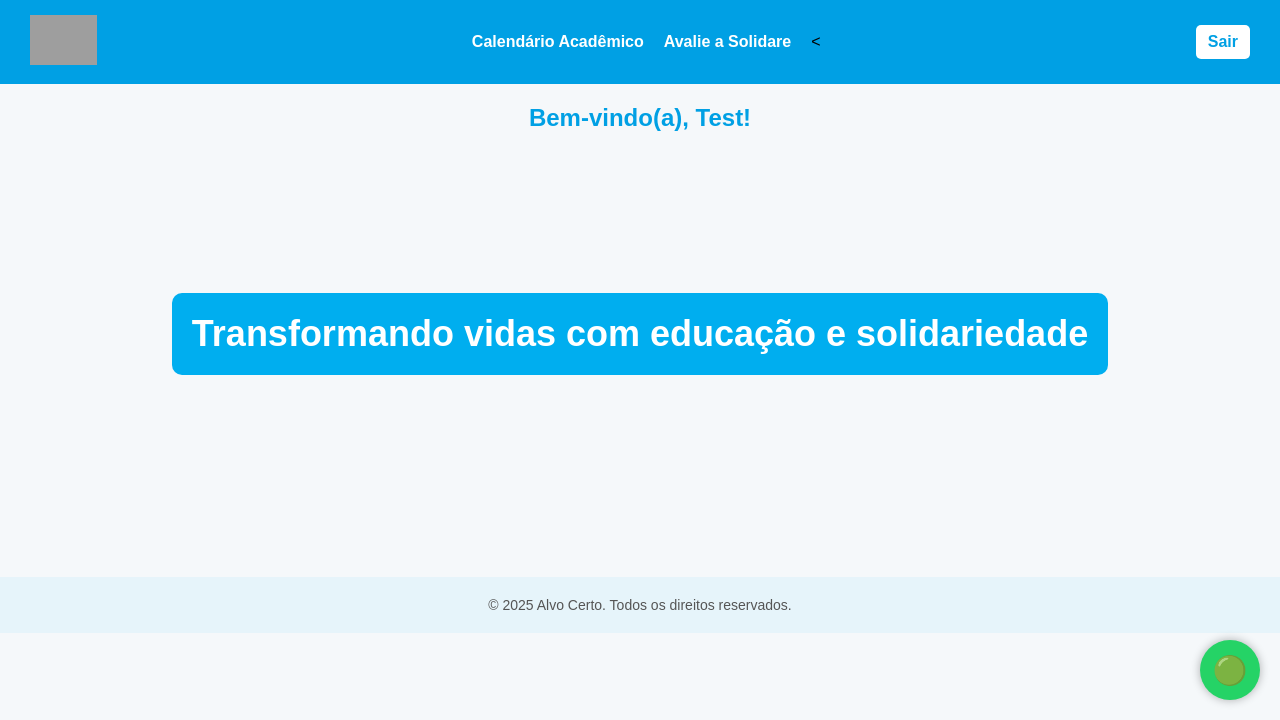
Repository: Guilherme-burle/Portal-do-Aluno-P2
Page: http://localhost/
These files come from the project's save history. The page is drawn as it stood at one moment and after a run of saves; the edit follows.
The browser window is 1280 px wide. The pictures show the whole page.
Pictures or frames that could not be fetched are drawn as grey boxes. The page is served by the project's application, run on Django 5.2 (PortaldoAluno/manage.py). A made-up administrator, testuser (Test User, test@example.com), is signed in. Other server files are loaded and not shown.

Above is the page before, as saved 2025-05-16 17:01:21.

### PortaldoAluno/Aplicativo/templates/home.html
<!DOCTYPE html>
<html lang="pt-BR">
<head>
  <meta charset="UTF-8">
  <title>Home - Alvo Certo</title>
  <style>
    * {
      box-sizing: border-box;
    }

    body {
      margin: 0;
      font-family: Arial, sans-serif;
      background-color: #f5f8fa;
    }

    header {
      background-color: #00a0e4;
      padding: 15px 30px;
      display: flex;
      align-items: center;
      justify-content: space-between;
      position: sticky;
      top: 0;
      z-index: 1000;
      flex-wrap: wrap;
    }

    .logo img {
      height: 50px;
    }

    nav ul {
      list-style: none;
      margin: 0;
      padding: 0;
      display: flex;
      gap: 20px;
    }

    nav ul li a {
      color: white;
      text-decoration: none;
      font-weight: bold;
      transition: color 0.3s ease;
    }

    nav ul li a:hover {
      color: #ccefff;
    }

    .auth-buttons {
      display: flex;
      gap: 10px;
    }

    .auth-buttons a {
      background-color: white;
      color: #00a0e4;
      padding: 8px 12px;
      border-radius: 5px;
      text-decoration: none;
      font-weight: bold;
    }

    .auth-buttons a:hover {
      background-color: #e6f4fa;
    }

    .banner {
      background-size: cover;
      background-position: center;
      height: 365px;
      display: flex;
      align-items: center;
      justify-content: center;
      color: white;
      text-align: center;
      animation: zoomIn 20s infinite alternate ease-in-out;
    }

    @keyframes zoomIn {
      from {
        background-size: 100%;
      }
      to {
        background-size: 110%;
      }
    }

    .banner h1 {
      background-color: rgb(0, 174, 239);
      padding: 20px;
      border-radius: 10px;
      font-size: 36px;
    }

    .whatsapp-float {
      position: fixed;
      bottom: 20px;
      right: 20px;
      background-color: #25d366;
      color: white;
      border-radius: 50%;
      width: 60px;
      height: 60px;
      display: flex;
      align-items: center;
      justify-content: center;
      font-size: 28px;
      box-shadow: 0 0 10px rgba(0,0,0,0.3);
      z-index: 999;
      text-decoration: none;
    }

    footer {
      background-color: #e6f4fa;
      text-align: center;
      padding: 20px;
      margin-top: 60px;
      font-size: 14px;
      color: #555;
    }

    @media (max-width: 768px) {
      nav ul {
        flex-wrap: wrap;
        gap: 10px;
        margin-top: 10px;
      }

      .auth-buttons {
        margin-top: 10px;
      }

      .banner h1 {
        font-size: 24px;
        padding: 10px;
      }
    }
  </style>
</head>
<body>

  <header>
    <div class="logo">
      <img src="https://i.imgur.com/7H8lMIL.png" alt="Logo Alvo Certo">
    </div>

    <nav>
      <ul>
        {% if user.is_authenticated %}
        <li><a href="{% url 'calendario' %}">Calendário Acadêmico</a></li>
        <li><a href="{% url 'avaliacao' %}">Avalie a Solidare</a></li>
        <li><
        {% endif %}
      </ul>
    </nav>

    <div class="auth-buttons">
      {% if user.is_authenticated %}
        <a href="{% url 'logout' %}">Sair</a>
      {% else %}
        <a href="{% url 'login' %}">Login</a>
        <a href="{% url 'cadastro' %}">Cadastro</a>
      {% endif %}
    </div>
  </header>

  {% if user.is_authenticated %}
  <h2 style="text-align: center; color: #00a0e4; margin-top: 20px;">
    Bem-vindo(a), {{ user.first_name|default:"usuário" }}!
  </h2>
  {% endif %}

  <section class="banner">
    <h1>Transformando vidas com educação e solidariedade</h1>
  </section>

  <a class="whatsapp-float" href="https://wa.me/5581932514480" target="_blank" title="Fale conosco no WhatsApp">
    🟢
  </a>

  <footer>
    © 2025 Alvo Certo. Todos os direitos reservados.
  </footer>

</body>
</html>

### PortaldoAluno/Aplicativo/decorators.py
from django.shortcuts import redirect

def login_required(view_func):
    def wrapper(request, *args, **kwargs):
        if not request.user.is_authenticated:
            return redirect('login')
        return view_func(request, *args, **kwargs)
    return wrapper

### PortaldoAluno/Aplicativo/views.py
from django.contrib.auth import logout
from django.contrib.auth.models import User
from django.shortcuts import render, redirect, get_object_or_404
from django.contrib.auth import authenticate, login as auth_login
from .models import Aluno, Avaliacao, EventoCalendario
from django.contrib import messages
from django.urls import reverse
from .decorators import login_required
from django.contrib.auth.hashers import make_password
from datetime import datetime
from datetime import date

@login_required
def home(request):
    return render(request, 'home.html')

@login_required
def home_adm(request):
    alunos = Aluno.objects.all()
    return render(request, 'homeadm.html', {'alunos': alunos})

def cadastro(request):
    if request.method == 'POST':
        nome = request.POST.get('nome')
        email = request.POST.get('email')
        senha = request.POST.get('senha')
        is_admin = request.POST.get('is_admin') == 'on'

        print(f"Nome: {nome}")
        print(f"E-mail: {email}")
        print(f"Senha: {senha}")
        print(f"Administrador: {is_admin}")

        if User.objects.filter(email=email).exists():
            return render(request, 'cadastro.html', {'mensagem': 'E-mail já está em uso.'})

        try:
            user = User.objects.create_user(
                username=email,
                email=email,
                password=senha,
                first_name=nome,
                is_superuser=is_admin,
                is_staff=is_admin
            )
            user.save()

            print(f"Usuário {user.username} cadastrado com sucesso!")

            return redirect('login')

        except Exception as e:
            print(f"Erro ao criar o usuário: {e}")
            return render(request, 'cadastro.html', {
                'mensagem': 'Erro ao cadastrar o usuário. Tente novamente.',
                'tipo_mensagem': 'error'
            })

    return render(request, 'cadastro.html')

def login(request):
    if request.method == 'POST':
        username = request.POST.get('username')
        password = request.POST.get('password')

        print(f"Username: {username}, Password: {password}")
        user = authenticate(request, username=username, password=password)

        if user:
            print("Usuário autenticado!")
            auth_login(request, user)
            return redirect('homeadm') if user.is_staff else redirect('home')
        else:
            print("Dados inválidos")
            return render(request, 'login.html', {'erro': 'Dados inválidos'})

    return render(request, 'login.html')

@login_required
def logout_view(request):
    logout(request)
    return redirect('home')

@login_required
def add_aluno(request):
    if request.method == 'POST':
        nome = request.POST.get('nome')
        data_nascimento = request.POST.get('data_nascimento')
        escolaridade = request.POST.get('escolaridade')
        turno = request.POST.get('turno')
        escola = request.POST.get('escola')
        endereco = request.POST.get('endereco')
        bairro = request.POST.get('bairro')
        telefone = request.POST.get('telefone')
        curso = request.POST.get('curso')

        if not all([nome, data_nascimento, escolaridade, turno, escola, endereco, bairro, telefone, curso]):
            return render(request, 'add.html', {'erro': 'Todos os campos são obrigatórios'})

        aluno = Aluno.objects.create(
            nome=nome,
            data_nascimento=data_nascimento,
            escolaridade=escolaridade,
            turno=turno,
            escola=escola,
            endereco=endereco,
            bairro=bairro,
            telefone=telefone,
            curso=curso,
        )

        aluno.save()

        messages.success(request, 'Aluno cadastrado com sucesso!')
        return render(request, 'add.html')

    return render(request, 'add.html')

@login_required
def ver(request):
    alunos = Aluno.objects.all()

    return render(request, 'ver.html', {'alunos': alunos})

@login_required
def deletar_alunos(request, aluno_id):
    aluno = get_object_or_404(Aluno, id=aluno_id)
    aluno.delete()
    return redirect(request.META.get('HTTP_REFERER', 'ver'))

@login_required
def editar_alunos(request, aluno_id):
    aluno = get_object_or_404(Aluno, id=aluno_id)

    if request.method == 'POST':
        nome = request.POST.get('nome')
        data_nascimento = request.POST.get('data_nascimento')
        escolaridade = request.POST.get('escolaridade')
        turno = request.POST.get('turno')
        escola = request.POST.get('escola')
        endereco = request.POST.get('endereco')
        bairro = request.POST.get('bairro')
        telefone = request.POST.get('telefone')
        curso = request.POST.get('curso')

        alterado = (
            nome != aluno.nome or
            data_nascimento != str(aluno.data_nascimento) or
            escolaridade != aluno.escolaridade or
            turno != aluno.turno or
            escola != aluno.escola or
            endereco != aluno.endereco or
            bairro != aluno.bairro or
            telefone != aluno.telefone or
            curso != aluno.curso
        )

        if alterado:
            aluno.nome = nome
            aluno.data_nascimento = data_nascimento
            aluno.escolaridade = escolaridade
            aluno.turno = turno
            aluno.escola = escola
            aluno.endereco = endereco
            aluno.bairro = bairro
            aluno.telefone = telefone
            aluno.curso = curso
            aluno.save()
            messages.success(request, 'Informações atualizadas com sucesso!')
        else:
            messages.error(request, 'Você precisa alterar alguma informação.')

    return render(request, 'editar.html', {'aluno': aluno})

@login_required
def avaliar_solidare(request):
    if request.method == 'POST':
        pergunta_1 = request.POST.get('pergunta_1')
        pergunta_2 = request.POST.get('pergunta_2')
        pergunta_3 = request.POST.get('pergunta_3')
        sugestao = request.POST.get('sugestao', '')

        if not all([pergunta_1, pergunta_2, pergunta_3]):
            messages.error(request, 'Responda todos os campos.')
            return render(request, 'avaliacao.html')

        Avaliacao.objects.create(
            pergunta_1=pergunta_1,
            pergunta_2=pergunta_2,
            pergunta_3=pergunta_3,
            sugestao=sugestao
        )
        messages.success(request, 'Avaliação enviada com sucesso!')

    return render(request, 'avaliacao.html')

@login_required
def calendario(request):
    hoje = date.today()
    eventos = EventoCalendario.objects.filter(user=request.user).order_by('data')
    meses = ["Janeiro", "Fevereiro", "Março", "Abril", "Maio", "Junho", "Julho", "Agosto", "Setembro", "Outubro", "Novembro", "Dezembro"]
    dias_semana = ["Dom", "Seg", "Ter", "Qua", "Qui", "Sex", "Sab"]
    contexto = {
        'meses': meses,
        'dias_semana': dias_semana,
        'eventos': eventos,
        'ano_atual': hoje.year,
        'mes_atual': hoje.month - 1
    }
    return render(request, 'calendario.html', contexto)

@login_required
def add_eventos(request):
    data = request.GET.get('data')

    if request.method == 'POST':
        nome = request.POST.get('nome')
        descricao = request.POST.get('descricao')


        if nome and data:
            EventoCalendario.objects.create(nome=nome, data=data, descricao=descricao, user=request.user)
            from django.contrib import messages
            messages.success(request, "Evento adicionado com sucesso!")
            return redirect('calendario')
        else:
            return render(request, 'add_eventos.html', {'erro': 'Dados incompletos.', 'data': data})

    if not data:
        return render(request, 'erro.html', {'mensagem': 'Data não informada.'})

    return render(request, 'add_eventos.html', {'data': data})

### PortaldoAluno/projeto/urls.py
"""
URL configuration for portal project.

The `urlpatterns` list routes URLs to views. For more information please see:
    https://docs.djangoproject.com/en/5.2/topics/http/urls/
Examples:
Function views
    1. Add an import:  from my_app import views
    2. Add a URL to urlpatterns:  path('', views.home, name='home')
Class-based views
    1. Add an import:  from other_app.views import Home
    2. Add a URL to urlpatterns:  path('', Home.as_view(), name='home')
Including another URLconf
    1. Import the include() function: from django.urls import include, path
    2. Add a URL to urlpatterns:  path('blog/', include('blog.urls'))
"""
from django.contrib import admin
from django.urls import path, include

urlpatterns = [
    path('admin/', admin.site.urls),
    path('', include('Aplicativo.urls')),
]

### PortaldoAluno/Aplicativo/urls.py
from django.urls import path
from . import views

urlpatterns = [
    path('', views.home, name='home'),
    path('login/', views.login, name='login'),
    path('logout/', views.logout_view, name='logout'),
    path('cadastro/', views.cadastro, name='cadastro'),
    path('add/', views.add_aluno, name='add'),
    path('homeadm/', views.home_adm, name='homeadm'),
    path('ver/', views.ver, name='ver'),
    path('ver/<int:aluno_id>/deletar', views.deletar_alunos, name='deletar'),
    path('ver/<int:aluno_id>/editar', views.editar_alunos, name='editar'),
    path('avaliacao/', views.avaliar_solidare, name='avaliacao'),
    path('calendario/', views.calendario, name='calendario'),
    path('add_eventos/', views.add_eventos, name='add_eventos'),
]

After the next 3 saves:
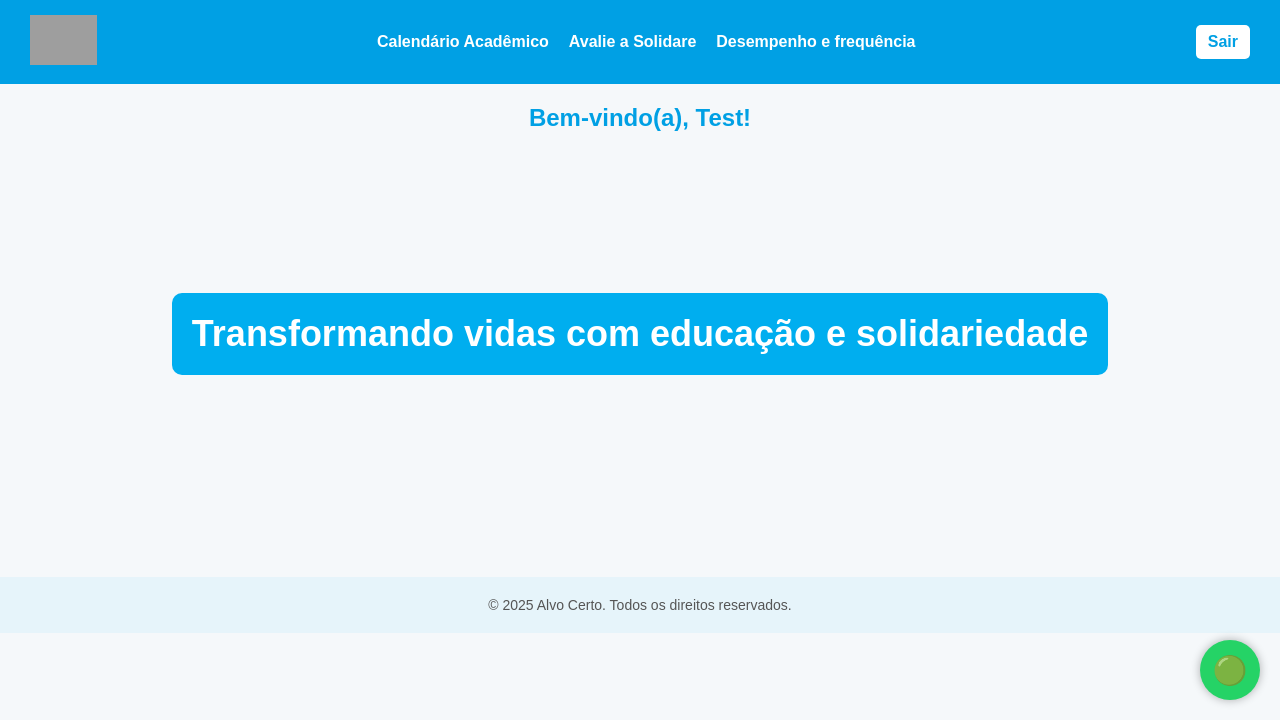
The 3 saves are shown as one change because they came seconds apart.
The last was saved 64 s later.
--- a/PortaldoAluno/Aplicativo/templates/home.html
+++ b/PortaldoAluno/Aplicativo/templates/home.html
@@ -152,7 +152,7 @@
         {% if user.is_authenticated %}
         <li><a href="{% url 'calendario' %}">Calendário Acadêmico</a></li>
         <li><a href="{% url 'avaliacao' %}">Avalie a Solidare</a></li>
-        <li><
+        <li><a href="#">Desempenho e frequência</a></li>
         {% endif %}
       </ul>
     </nav>
